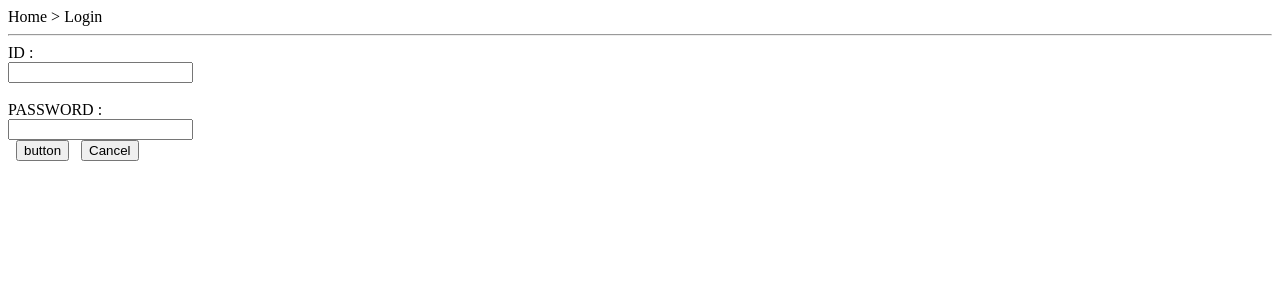
Repository: parkgyutaee/My_JAVA_Project
Page: http://localhost/JSPStudy/form_login.jsp
The author's editor kept a copy of each file at every save. The page is drawn from the files as they stood at one save, then again after the next save.
The browser window is 1280 px wide. The pictures show the whole page.
The page is served by Tomcat 9.

Above is the page before, as saved 2025-07-10 01:03:43.

### Workspace/JSPStudy/src/main/webapp/form_login.jsp
<%@ page language="java" contentType="text/html; charset=UTF-8"
    pageEncoding="UTF-8"%>
<!DOCTYPE html>
<html>
<head>
<meta charset="UTF-8">
<title>Insert title here</title>
</head>
<body>
	Home > Login
	<hr>
	<form action="#" method = "get">
	ID : <br>
	<input type = "text"  name = "id" > <br><br>
	PASSWORD : <br>
	<input type = "password" name = "password"> <br>
	&nbsp; <input type = "submit"  value = "button"> &nbsp;
			   <input type = "reset" value = "Cancel">

	</form>
</body>
</html>

After the next save:
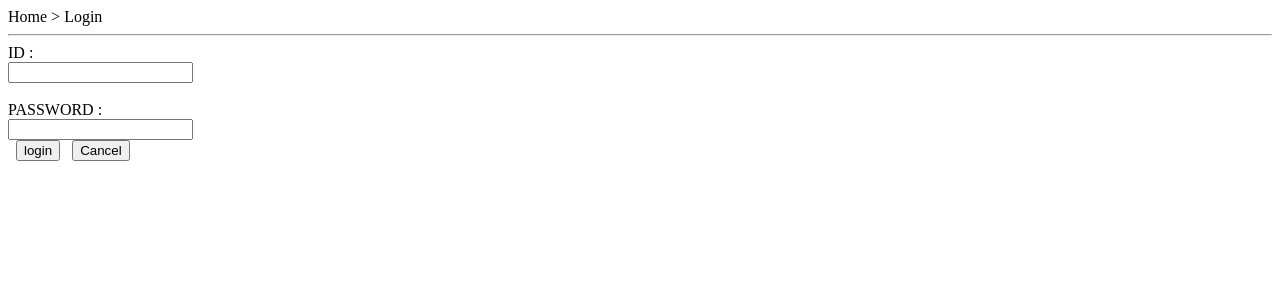
Saved 7 s later.
--- a/Workspace/JSPStudy/src/main/webapp/form_login.jsp
+++ b/Workspace/JSPStudy/src/main/webapp/form_login.jsp
@@ -14,7 +14,7 @@
 	<input type = "text"  name = "id" > <br><br>
 	PASSWORD : <br>
 	<input type = "password" name = "password"> <br>
-	&nbsp; <input type = "submit"  value = "button"> &nbsp;
+	&nbsp; <input type = "submit"  value = "login"> &nbsp;
 			   <input type = "reset" value = "Cancel">
 
 	</form>
